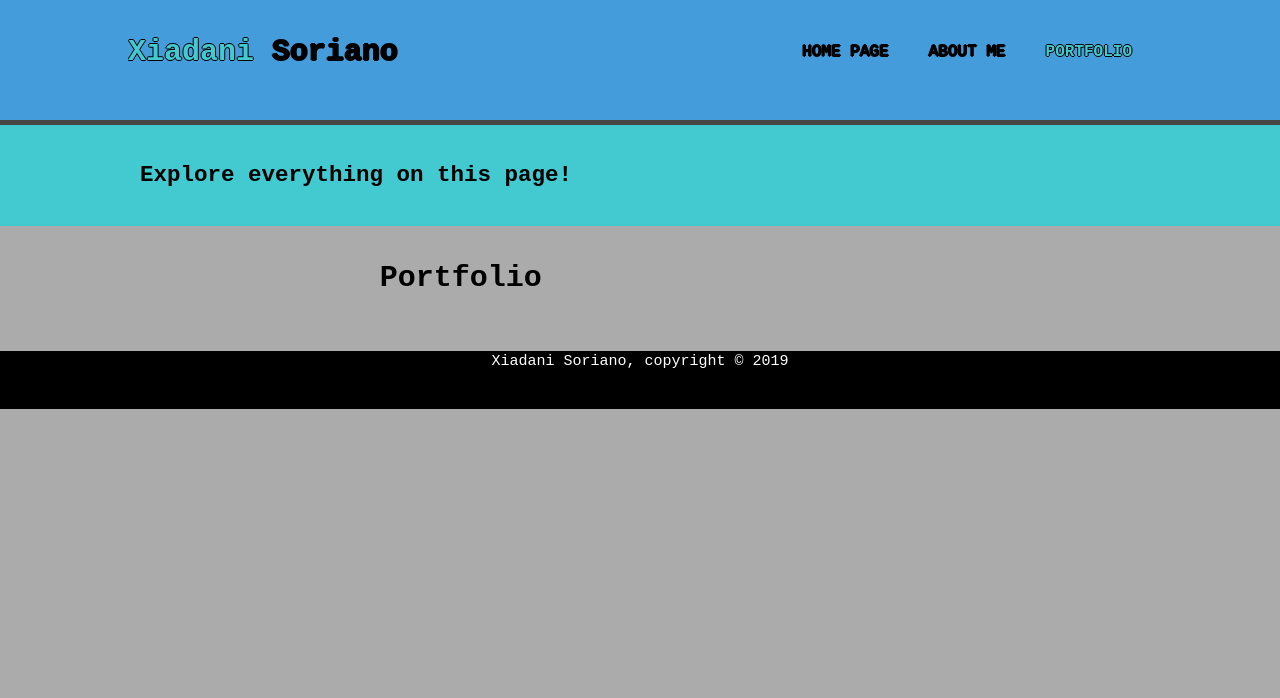
Repository: XiadaniSoriano/XiadaniSoriano2.github
Page: portfolio.html
The author's editor kept a record of every edit. The page is drawn from the files as they stood at one moment, then again after the next edit.
The browser window is 1280 px wide. The pictures show the whole page.

Above is the page before.

After the next edit:
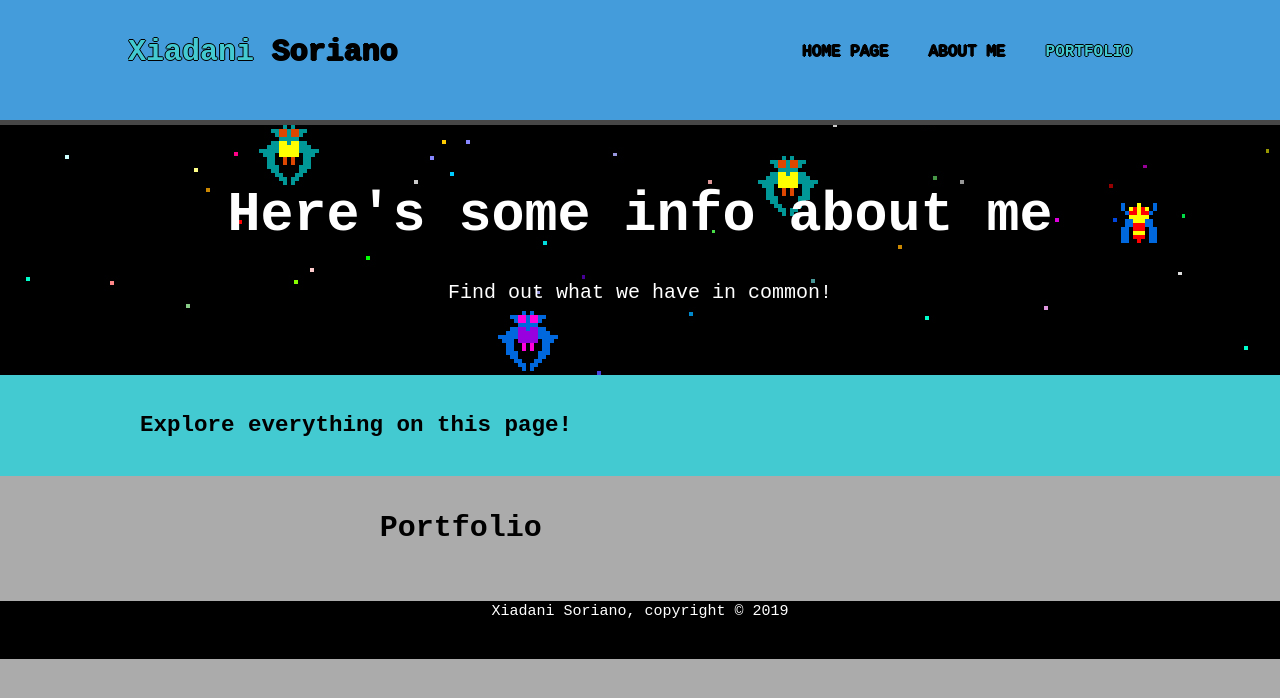
The edit:
--- a/portfolio.html
+++ b/portfolio.html
@@ -28,6 +28,13 @@
             </div>
         </header>
 
+        <section id="showcase2">
+            <div class="container">
+                <h1> Here's some info about me </h1>
+                <p> Find out what we have in common! </p>
+            </div>
+        </section>
+
         <section id="newsletter">
             <div class="container">
                 <h1> Explore everything on this page! </h1>
